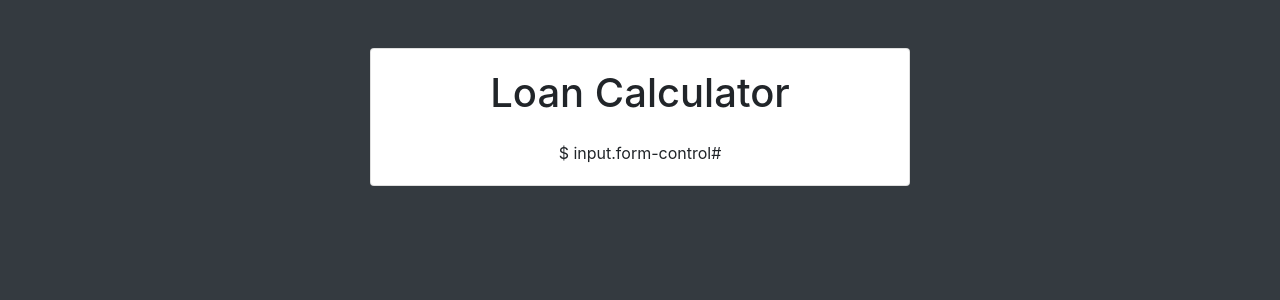
Repository: varun-project/LearningJs
Page: index.html
An editor plug-in stored every save of this project. The page is shown before and after the next save, followed by the edit.
The browser window is 1280 px wide. The pictures show the whole page.

Above is the page before, as saved 2019-07-28 16:33:26.

### index.html
<!doctype html>
<html lang="en">
  <head>
    <!-- Required meta tags -->
    <meta charset="utf-8">
    <meta name="viewport" content="width=device-width, initial-scale=1, shrink-to-fit=no">

    <!-- Bootstrap CSS -->
    <link rel="stylesheet" href="https://stackpath.bootstrapcdn.com/bootstrap/4.3.1/css/bootstrap.min.css" integrity="sha384-ggOyR0iXCbMQv3Xipma34MD+dH/1fQ784/j6cY/iJTQUOhcWr7x9JvoRxT2MZw1T" crossorigin="anonymous">

    <title>Hello, world!</title>
  </head>
  <body class="bg-dark">
    <div class="container">
        <div class="row">
          <div class="col-md-6 mx-auto">

             <div class="card card-body text-center mt-5">

              <h1 class="heading display-5 pb-3">Loan Calculator</h1>
               <form id="loan-form">
<div class="form_group">
  <div class="inputgroup">

    <span class="input-group-addon">$</span>
    input.form-control#
  </div>
</div>


               </form>

            </div>

           </div>


        </div>

    </div>


    <!-- Optional JavaScript -->
    <!-- jQuery first, then Popper.js, then Bootstrap JS -->
    <script src="https://code.jquery.com/jquery-3.3.1.slim.min.js" integrity="sha384-q8i/X+965DzO0rT7abK41JStQIAqVgRVzpbzo5smXKp4YfRvH+8abtTE1Pi6jizo" crossorigin="anonymous"></script>
    <script src="https://cdnjs.cloudflare.com/ajax/libs/popper.js/1.14.7/umd/popper.min.js" integrity="sha384-UO2eT0CpHqdSJQ6hJty5KVphtPhzWj9WO1clHTMGa3JDZwrnQq4sF86dIHNDz0W1" crossorigin="anonymous"></script>
    <script src="https://stackpath.bootstrapcdn.com/bootstrap/4.3.1/js/bootstrap.min.js" integrity="sha384-JjSmVgyd0p3pXB1rRibZUAYoIIy6OrQ6VrjIEaFf/nJGzIxFDsf4x0xIM+B07jRM" crossorigin="anonymous"></script>
  </body>
</html>

After the next save:
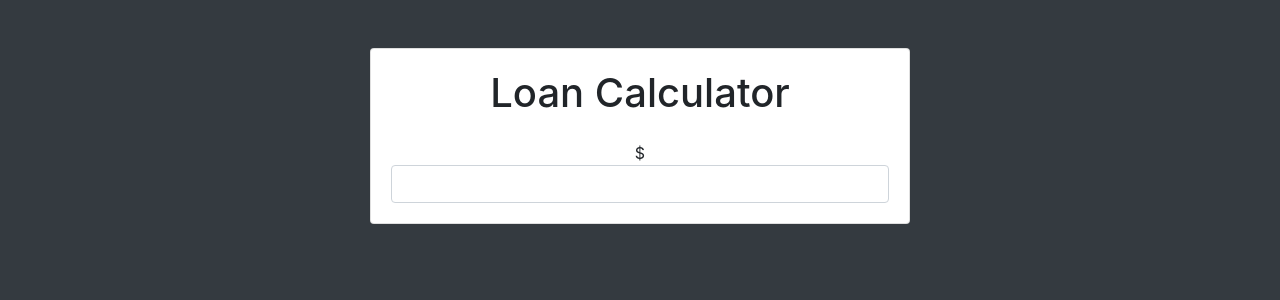
Saved 6 s later.
--- a/index.html
+++ b/index.html
@@ -23,7 +23,7 @@
   <div class="inputgroup">
 
     <span class="input-group-addon">$</span>
-    input.form-control#
+    <input type="text" class="form-control" id="amount">
   </div>
 </div>
 
